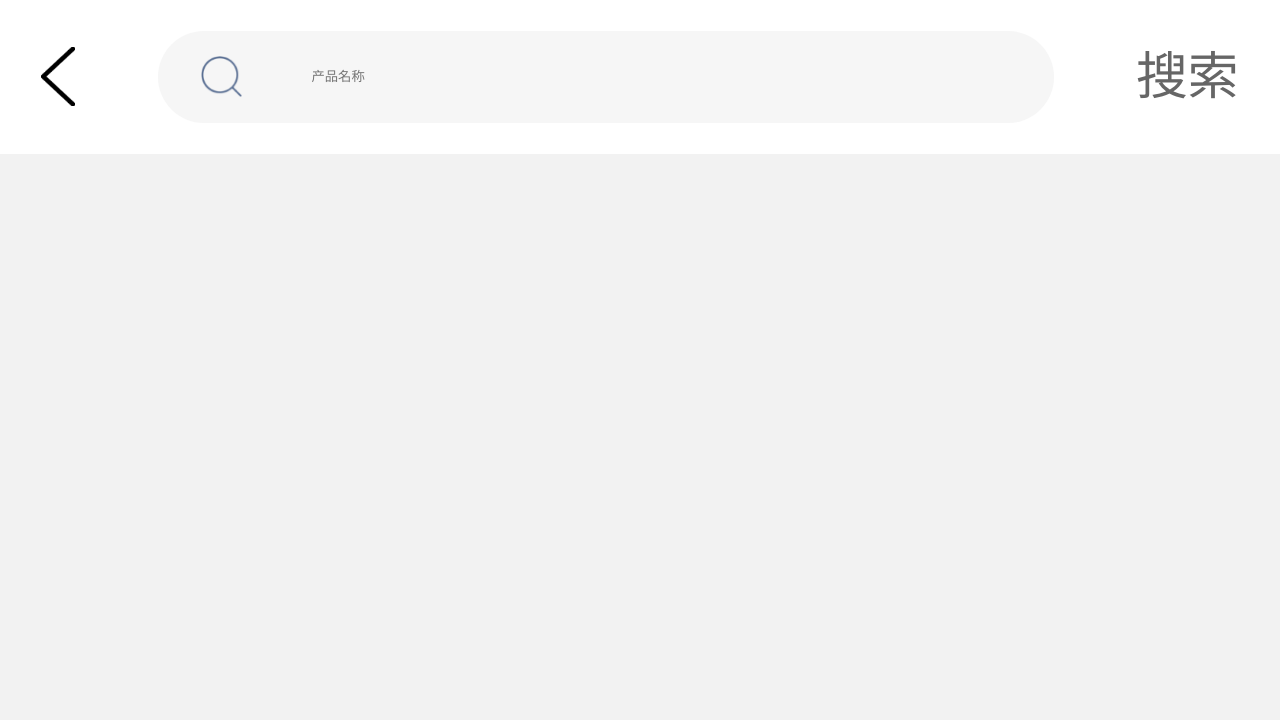
Repository: 421538074/sell
Page: consumer/search.html
These files come from the project's save history. The page is drawn as it stood at one moment and after the next save; the edit follows.
The browser window is 1280 px wide. The pictures show the whole page.

Above is the page before, as saved 2019-05-30 09:15:18.

After the next save:
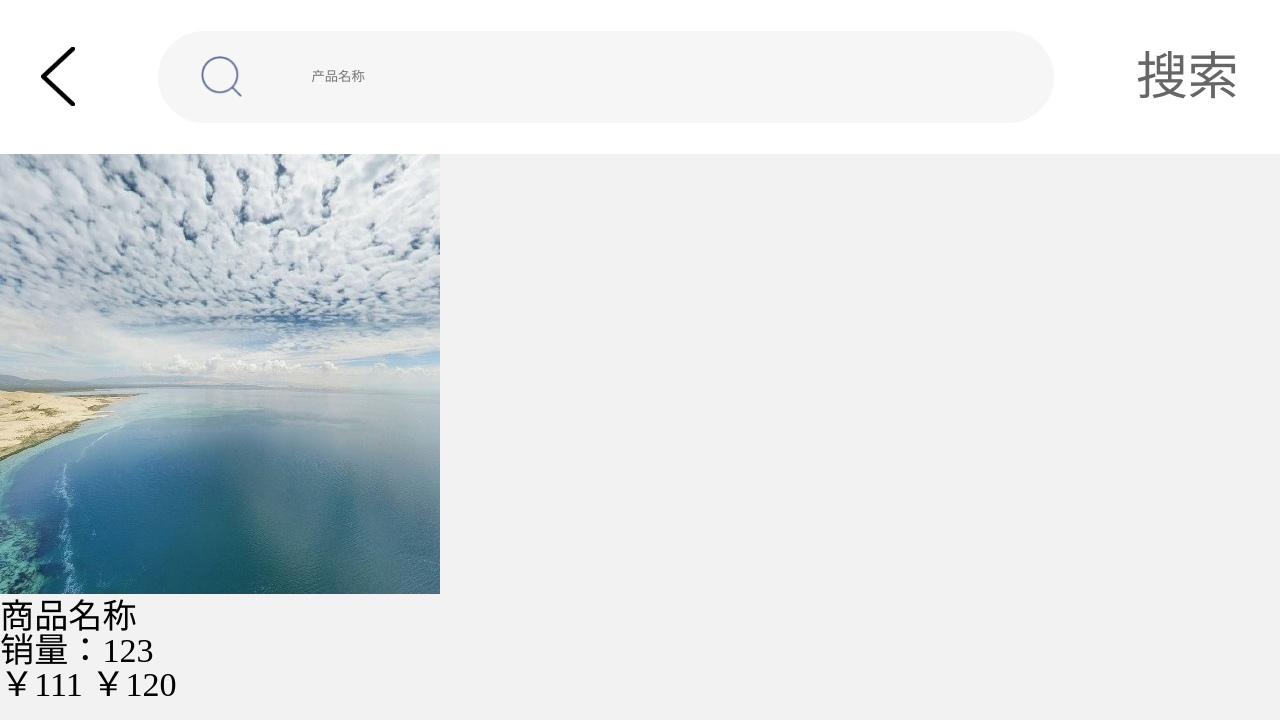
Saved 3 min 31 s later.
--- a/consumer/search.html
+++ b/consumer/search.html
@@ -19,6 +19,17 @@
             <img @click="clearInput" v-show="isShowClearIcon" src="../img/close.png" class="clear-icon">
             <span class="serach-title">搜索</span>
         </div>
+        <div class="search-result-wrapper">
+            <div class="search-goods-item">
+                <img src="../img/1.jpg" class="goods-item-icon">
+                <p class="goods-title">商品名称</p>
+                <p class="sell-counts">销量：123</p>
+                <p class="price-wrapper">
+                    <span class="current-price">￥111</span>
+                    <span class="original-price">￥120</span>
+                </p>
+            </div>
+        </div>
     </div>
     <script src="../js/api.js"></script>
     <script src="../js/vue.js"></script>
